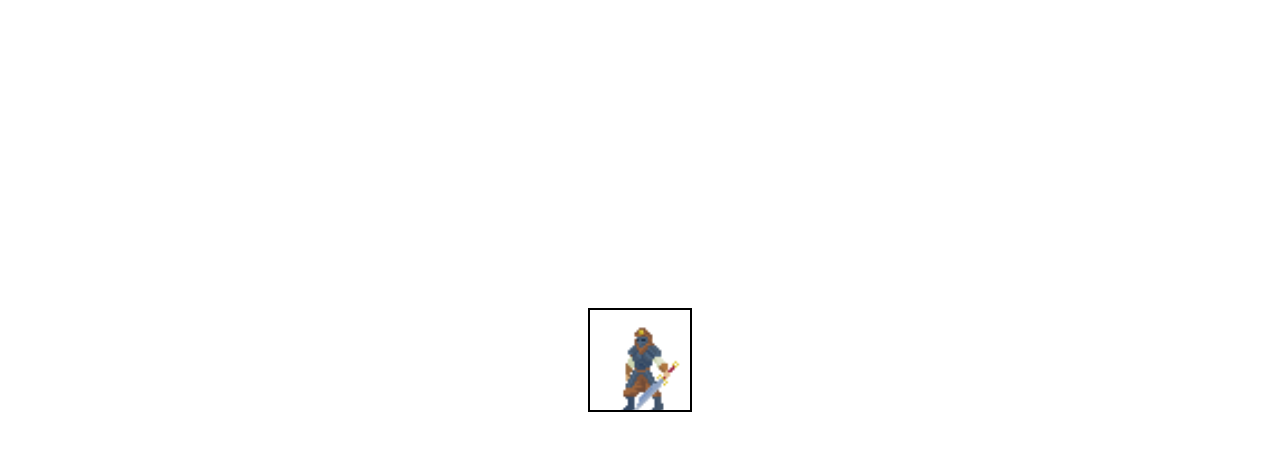
Repository: vasucp1207/sprite-animation
Page: bandits/index.html
An editor plug-in stored every save of this project. The page is shown before and after the next save, followed by the edit.
The browser window is 1280 px wide. The pictures show the whole page.

Above is the page before, as saved 2022-08-30 23:14:42.

### bandits/index.html
<!DOCTYPE html>
<html lang="en">
<head>
    <meta charset="UTF-8">
    <meta http-equiv="X-UA-Compatible" content="IE=edge">
    <meta name="viewport" content="width=device-width, initial-scale=1.0">
    <title>Document</title>
    <link rel="stylesheet" href="style.css">
</head>
<body>

    <canvas id="canvas"></canvas>

    <script src="script1.js"></script>

</body>
</html>

### bandits/style.css
#canvas{
    position: absolute;
    top: 50%;
    left: 50%;
    transform: translate(-50%, -50%);
    border: 2px solid black;
}

### bandits/script1.js
const canvas = document.getElementById('canvas')
const ctx = canvas.getContext('2d')

width = canvas.width = 100
height = canvas.height = 100

const frameRate = 5
const spriteState = 'attack'

const sprite = new Image()
sprite.src = './Bandits/Sprites/Heavy Bandit/HeavyBandit.png'

let animateSprite = []
let animationStates = [
    {
        name: 'stand',
        frames: '8'
    },
    {
        name: 'run',
        frames: '8'
    },
    {
        name: 'attack',
        frames: '8'
    },
    {
        name: 'recover',
        frames: '8'
    },
    {
        name: 'death',
        frames: '4'
    }
]

animationStates.forEach((states, index) => {
    let position = {
        loc: []
    }

    for(let i = 0; i < states.frames; i++){
        posX = i * 45
        posY = index * 45
        position.loc.push({x: posX, y: posY})
    }

    animateSprite[states.name] = position
})

let cnt = 0
function animate(){

    ctx.clearRect(0, 0, width, height)
    let pos = Math.floor(cnt / frameRate) % animateSprite[spriteState]
    startX = 1
    startY = 1
    ctx.drawImage(sprite, 0, 0, startX * 45, startY * 45, 0, 0, width, height)

    cnt++
    requestAnimationFrame(animate)
}

animate()

After the next save:
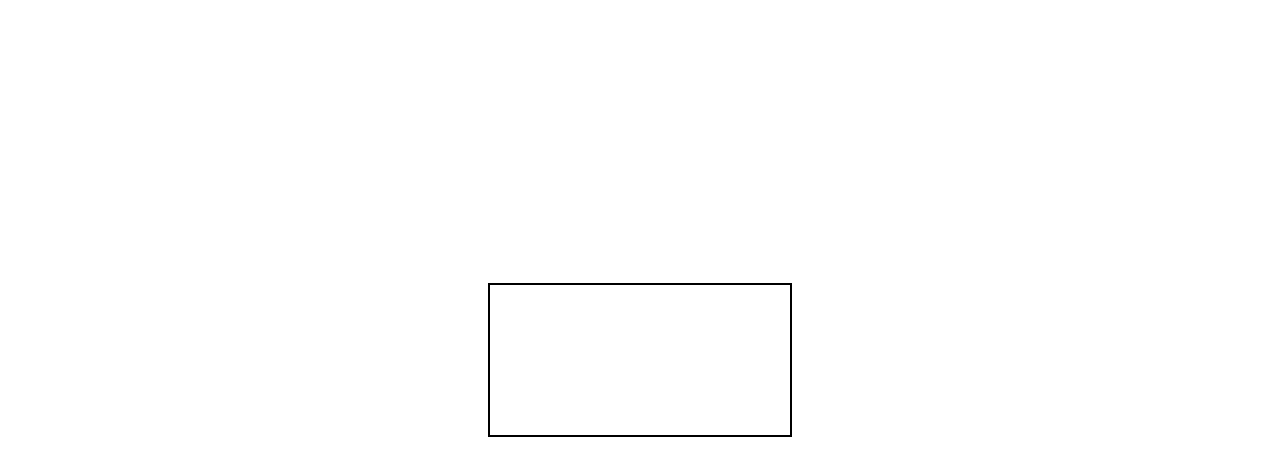
Console error: SyntaxError: Invalid left-hand side in assignment
Saved 6 s later.
--- a/bandits/script1.js
+++ b/bandits/script1.js
@@ -52,7 +52,7 @@
 function animate(){
 
     ctx.clearRect(0, 0, width, height)
-    let pos = Math.floor(cnt / frameRate) % animateSprite[spriteState]
+    let pos = Math.floor(cnt / frameRate) % animateSprite[spriteState].
     startX = 1
     startY = 1
     ctx.drawImage(sprite, 0, 0, startX * 45, startY * 45, 0, 0, width, height)

After the save that followed:
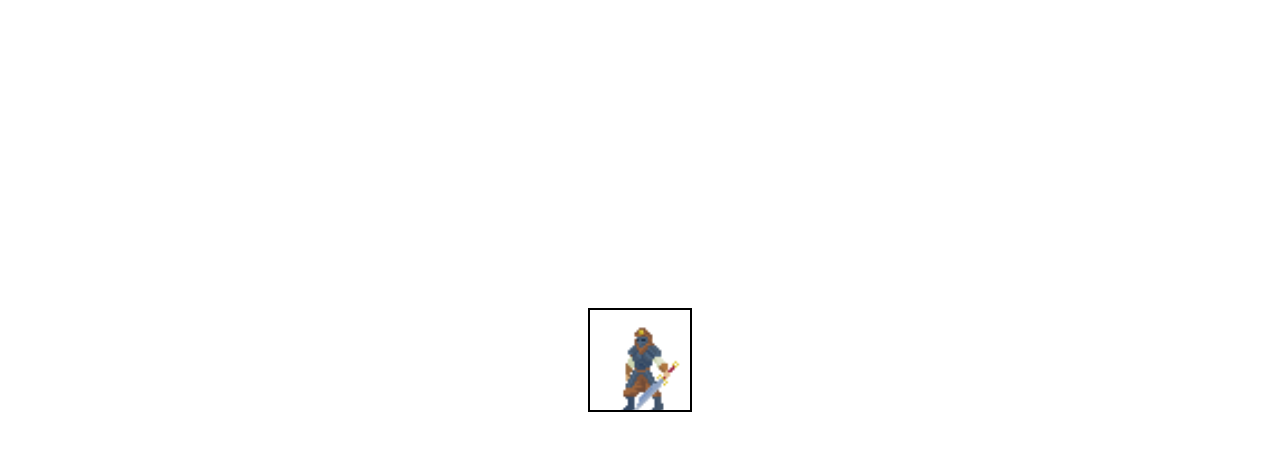
The error is gone.
Saved 8 s later.
--- a/bandits/script1.js
+++ b/bandits/script1.js
@@ -52,7 +52,7 @@
 function animate(){
 
     ctx.clearRect(0, 0, width, height)
-    let pos = Math.floor(cnt / frameRate) % animateSprite[spriteState].
+    let pos = Math.floor(cnt / frameRate) % animateSprite[spriteState].loc.lenght
     startX = 1
     startY = 1
     ctx.drawImage(sprite, 0, 0, startX * 45, startY * 45, 0, 0, width, height)
